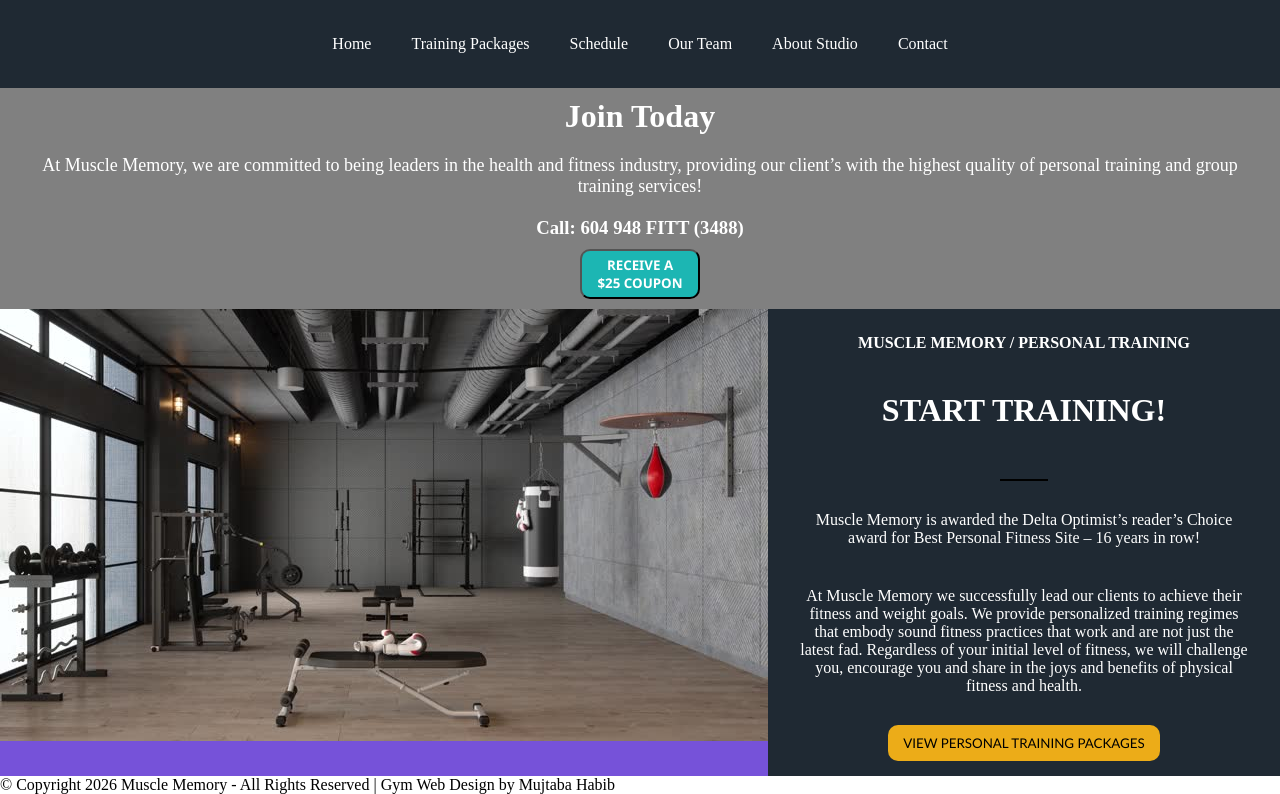
Repository: MujtabaHabib/muscle-memory-website
Page: index.html
These files come from the project's save history. The page is drawn as it stood at one moment and after the next save; the edit follows.
The browser window is 1280 px wide. The pictures show the whole page.

Above is the page before, as saved 2026-01-27 05:20:25.

After the next save:
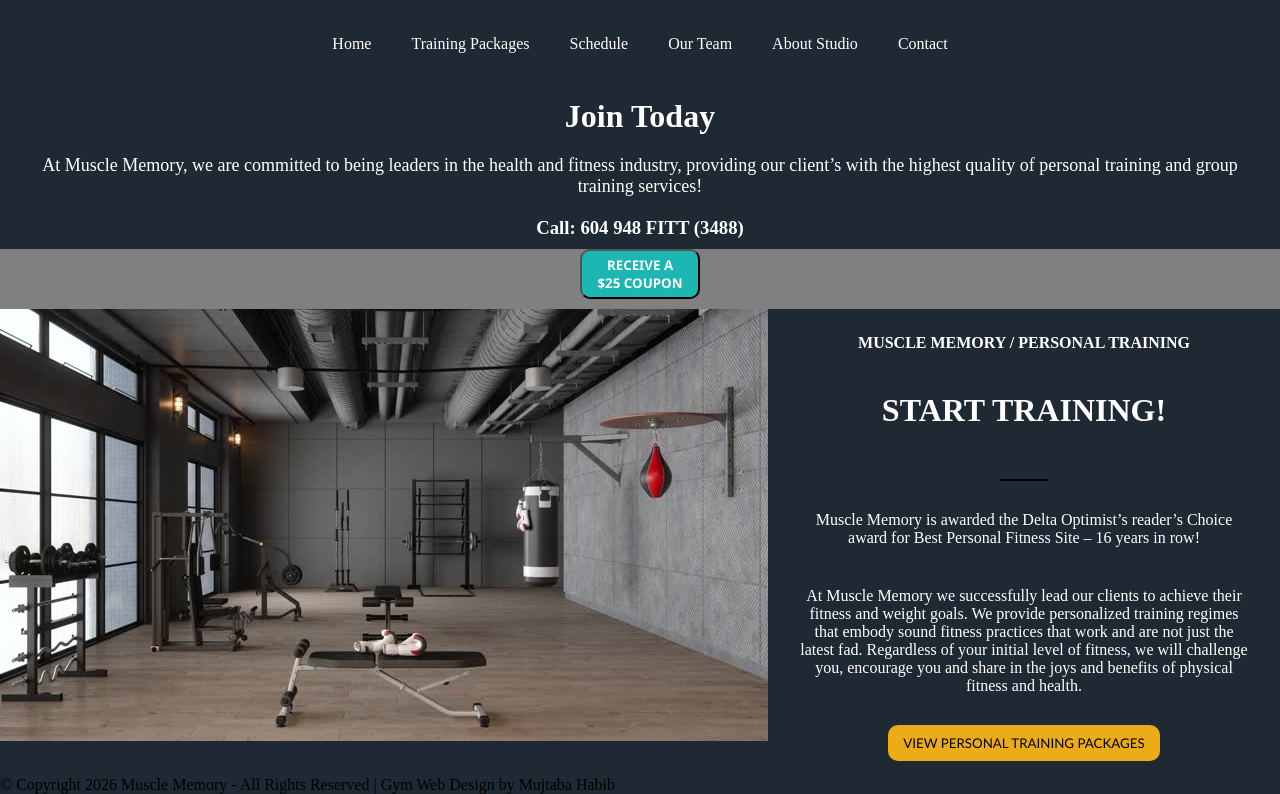
Saved 45 s later.
--- a/style.css
+++ b/style.css
@@ -1,6 +1,7 @@
 * {
     margin: 0;
     padding: 0;
+    background-color: #1f2933;
 }
 
 .list {

After the 2 saves that followed:
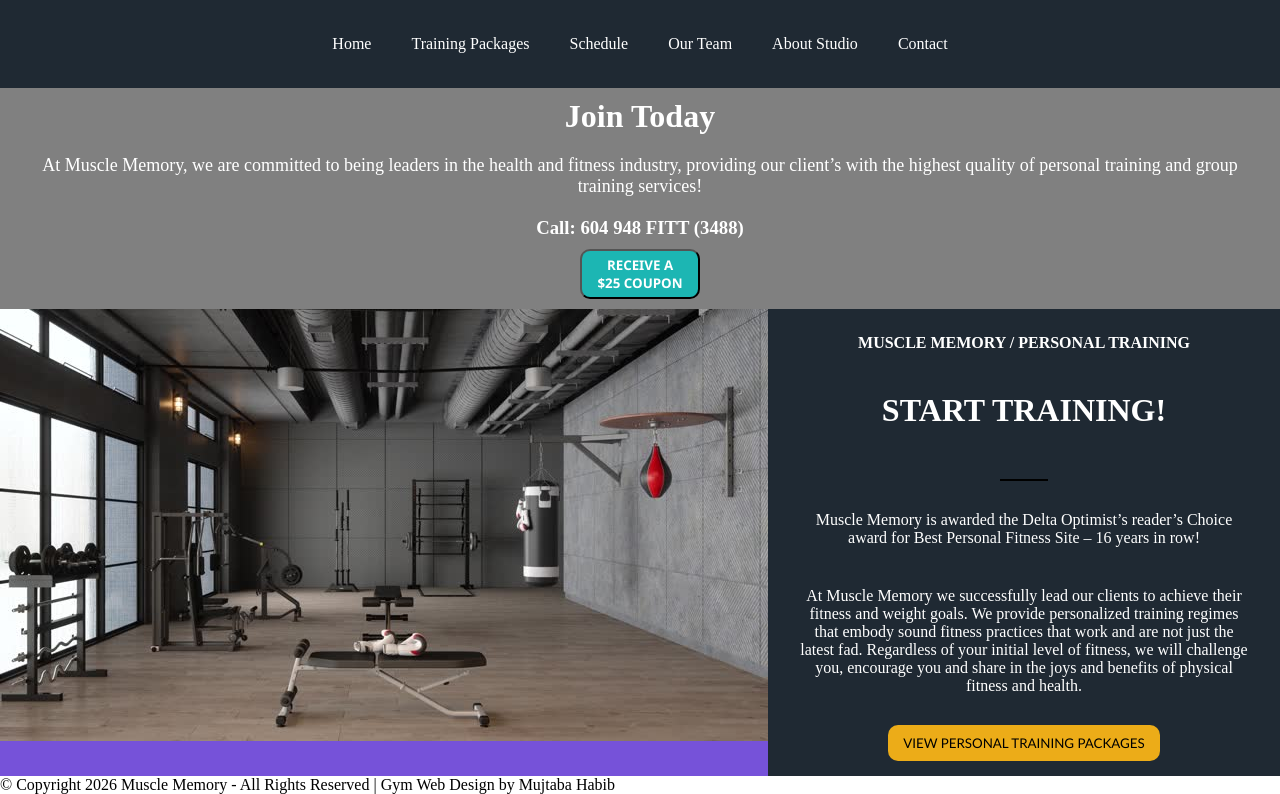
The 2 saves are shown as one change because they came seconds apart.
The last was saved 23 s later.
--- a/style.css
+++ b/style.css
@@ -1,7 +1,6 @@
 * {
     margin: 0;
     padding: 0;
-    background-color: #1f2933;
 }
 
 .list {
